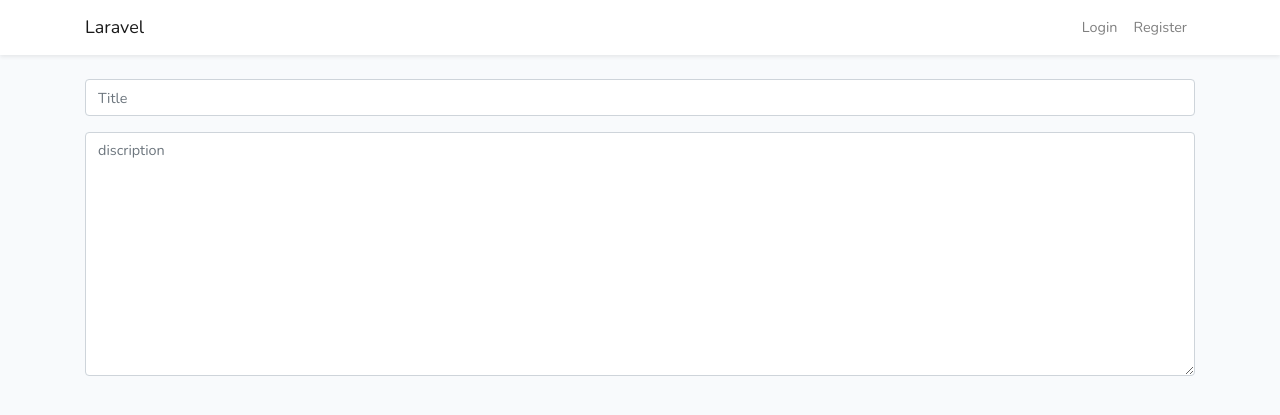
Repository: mohamedelbadawi/Simple-galley-using-laravel
Page: http://localhost/admin/albums/create
These files come from the project's save history. The page is drawn as it stood at one moment and after a run of saves; the edit follows.
The browser window is 1280 px wide. The pictures show the whole page.
The page is served by the project's Laravel application, run on PHP 8.4 with Laravel 8. Other server files are loaded and not shown.

Above is the page before, as saved 2021-08-31 09:40:01.

### Gallery/routes/web.php
<?php

use App\Http\Controllers\AlbumsController;
use Illuminate\Support\Facades\Auth;
use Illuminate\Support\Facades\Route;

/*
|--------------------------------------------------------------------------
| Web Routes
|--------------------------------------------------------------------------
|
| Here is where you can register web routes for your application. These
| routes are loaded by the RouteServiceProvider within a group which
| contains the "web" middleware group. Now create something great!
|
 */

Route::get('/', function () {
    return view('gallery/index');
});

Route::get('/home', function () {
    return view('gallery/index');
});

Route::get('/index', function () {
    return view('gallery/index');
})->name('index');

Route::get('/gallery', function () {
    return view('gallery/gallery');
})->name('gallery');

Route::get('/about', function () {
    return view('gallery/about');
})->name('about');

Route::get('/contact', function () {
    return view('gallery/contact');
})->name('contact');
Route::get('/blog', function () {
    return view('gallery/blog');
})->name('blog');

Route::prefix('admin')->group(function () {
    Auth::routes();
    Route::get('/dashboard', function () {
        return view('admin/dashboard');
    });
    Route::get('/albums/create',[AlbumsController::class,'create']);


});
Route::get('/admin', function () {
    return view('admin.Dashboard');
})->middleware('auth');

### Gallery/app/Http/Controllers/AlbumsController.php
<?php

namespace App\Http\Controllers;

class AlbumsController extends Controller
{
    public function index()
    {

    }

    public function create()
    {

        return view('admin.albums.create');
    }

}

### Gallery/resources/views/admin/albums/create.blade.php
@extends('layouts.app')
@section('content')
    <div class="container">

        <form action="">
            <div class="form-group">
                <input type="text" class="form-control" name="title" placeholder="Title">
            </div>
            <div class="form-group">

                <textarea name="discription" id="" cols="30" class="form-control" rows="10" placeholder="discription"></textarea>
            </div>

        </form>
    </div>


@endsection

Loaded but not shown: Gallery/app/Http/Controllers/Auth/ConfirmPasswordController.php (common file); Gallery/app/Http/Controllers/Controller.php (common file); Gallery/resources/views/layouts/app.blade.php (common file); Gallery/public/css/app.css (library)

After the next 2 saves:
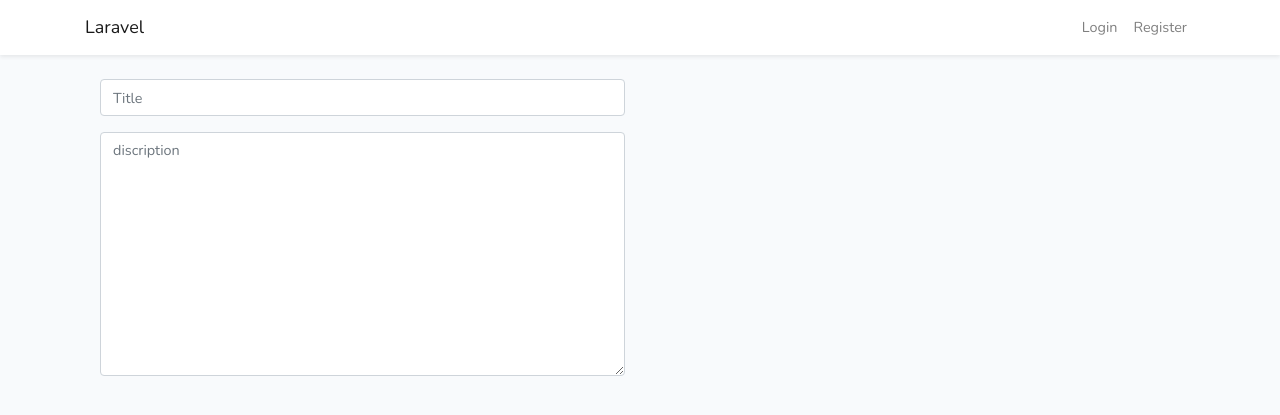
The 2 saves are shown as one change because they came seconds apart.
The last was saved 28 s later.
--- a/Gallery/resources/views/admin/albums/create.blade.php
+++ b/Gallery/resources/views/admin/albums/create.blade.php
@@ -2,7 +2,7 @@
 @section('content')
     <div class="container">
 
-        <form action="">
+        <form action="" class="col-md-6">
             <div class="form-group">
                 <input type="text" class="form-control" name="title" placeholder="Title">
             </div>
